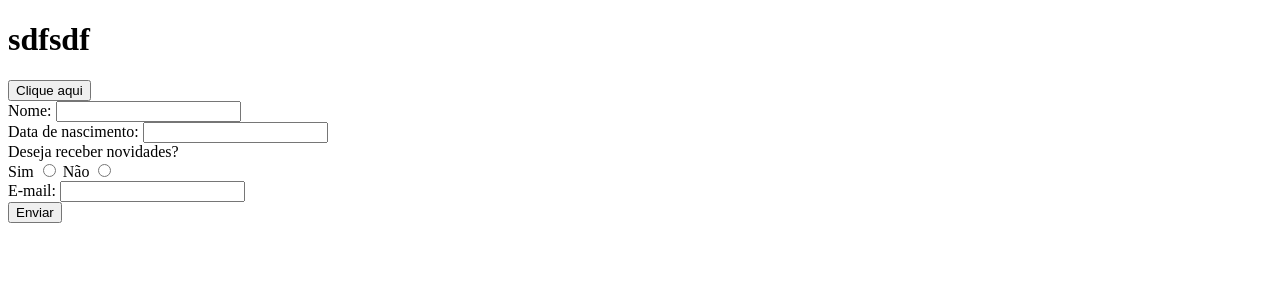
Repository: shamanickCoder/FIAP
Page: http://localhost/17-jquery/
These files come from the project's save history. The page is drawn as it stood at one moment and after the next save; the edit follows.
The browser window is 1280 px wide. The pictures show the whole page.
The page is served by Tomcat 9.

Above is the page before, as saved 2016-05-18 11:55:12.

### Desenvolvimentos de Sistemas Web/1 semestre/Javascript/17-jquery/WebContent/index.html
<!DOCTYPE html>
<html>
<head>
<meta charset="UTF-8">
<script src = "jquery-1.12.3.min.js"></script>
<script src = "script.js"></script>
<title>tucurucutu</title>
</head>
<body>
 <h1>sdfsdf</h1>
 <button>Clique aqui</button>
 <div>
  <form method = "post" action = "cadastrar">
   <div>
    <label for = "nome">Nome:</label>
    <input type = "text" id = "nome">
   </div>
   <div>
    <label for = "data">Data de nascimento:</label>
    <input type = "text" id = "data">
   </div>
   <div>
    <span>Deseja receber novidades?</span>
    <br>
    <label for = "sim">Sim</label>
    <input type = "radio" name = "novidades" id = "sim">
    <label for = "nao">Não</label>
    <input type = "radio" name = "novidades" id = "nao">
   </div>
   <div>
    <label for = "email">E-mail:</label>
    <input type = "text" id = "email">
   </div>
   <div>
    <input type = "submit" value = "Enviar" id = "enviar" name = "enviar">
   </div>
  </form>
 </div>
</body>
</html>

### Desenvolvimentos de Sistemas Web/1 semestre/Javascript/17-jquery/WebContent/script.js
$().ready(function(){
	$("button").click(function(){
		$("h1").slideToggle();
		$("#email").hide();
	});
});

Loaded but not shown: Desenvolvimentos de Sistemas Web/1 semestre/Javascript/17-jquery/WebContent/jquery-1.12.3.min.js (library)

After the next save:
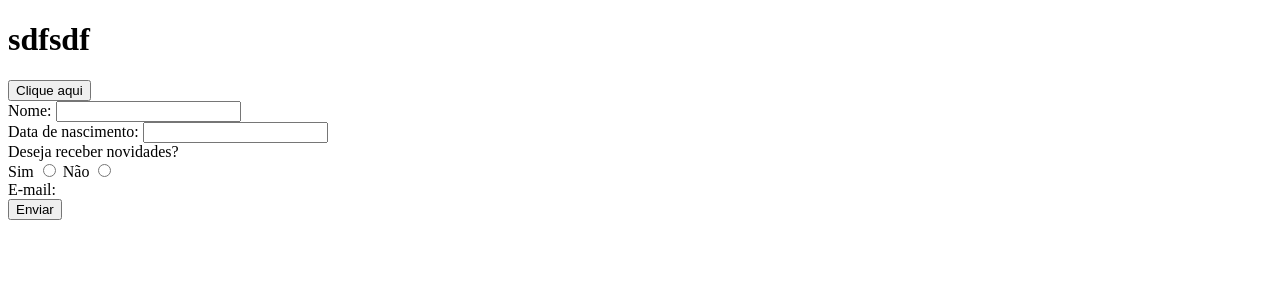
Saved 29 s later.
--- a/Desenvolvimentos de Sistemas Web/1 semestre/Javascript/17-jquery/WebContent/script.js
+++ b/Desenvolvimentos de Sistemas Web/1 semestre/Javascript/17-jquery/WebContent/script.js
@@ -1,6 +1,6 @@
 $().ready(function(){
+	$("#email").hide();
 	$("button").click(function(){
 		$("h1").slideToggle();
-		$("#email").hide();
 	});
 });

After the save that followed:
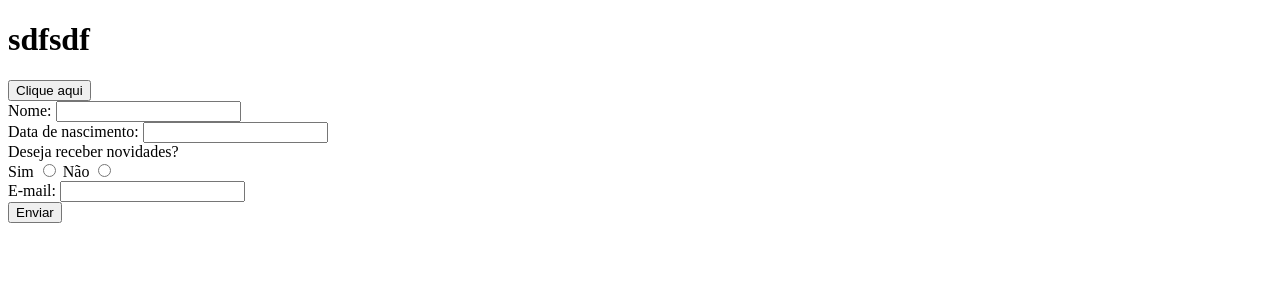
Saved 66 s later.
--- a/Desenvolvimentos de Sistemas Web/1 semestre/Javascript/17-jquery/WebContent/script.js
+++ b/Desenvolvimentos de Sistemas Web/1 semestre/Javascript/17-jquery/WebContent/script.js
@@ -1,5 +1,6 @@
 $().ready(function(){
-	$("#email").hide();
+	$(".email").hide();
+	$()
 	$("button").click(function(){
 		$("h1").slideToggle();
 	});
